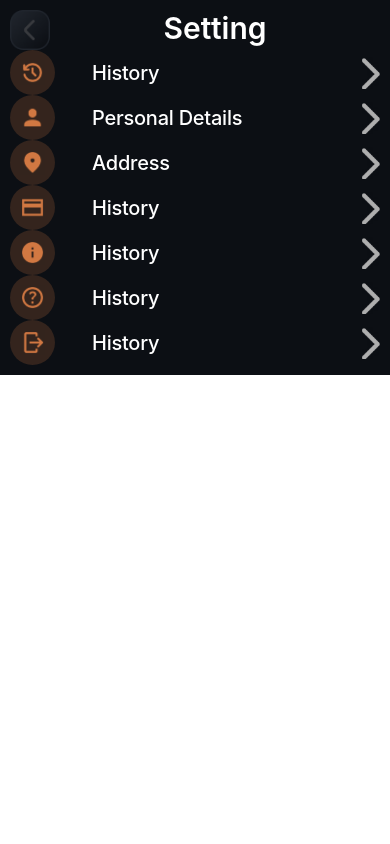
Repository: nguoilaisaochoi/App-coffe
Screen: /
An editor plug-in stored every save of this project. The screen is shown before and after the next save, followed by the edit.
The app was drawn by React Native's web renderer in a window 390 px wide. The project was rebuilt for these pictures with package versions that can differ from the ones it lists, and the page was loaded fresh each time.

Above is the screen before, as saved 2024-01-13 09:05:22.

### App.tsx
import { View, Text } from 'react-native'
import React from 'react'
import Login from './src/Login'
import Register from './src/Register'
import Setting from './src/Setting'
const App = () => {
  return (
    <View>
      <Setting/>
    </View>
  )
}

export default App

### src/Setting.js
import {View, Text, StyleSheet, Image} from 'react-native';
import React from 'react';

const Setting = () => {
  return (
    <View style={mystyle.body}>
      <View style={mystyle.task}>
        <Image
          style={mystyle.arrowleft}
          source={require('../assets/img/arrowleft.png')}
        />
        <Text style={mystyle.textsetting}>Setting</Text>
      </View>

      <View style={mystyle.setting}>
        <View style={mystyle.bgicon}>
          <Image
            style={mystyle.icon}
            source={require('../assets/img/clock.png')}
          />
        </View>
        <Text style={mystyle.text}>History</Text>
        <Image
          style={mystyle.arrowright}
          source={require('../assets/img/Arrow_right.jpg')}
        />
      </View>

      <View style={mystyle.setting}>
        <View style={mystyle.bgicon}>
          <Image
            style={mystyle.icon}
            source={require('../assets/img/mdi_account.png')}
          />
        </View>
        <Text style={mystyle.text}>Personal Details</Text>
        <Image
          style={mystyle.arrowright}
          source={require('../assets/img/Arrow_right.jpg')}
        />
      </View>
      <View style={mystyle.setting}>
        <View style={mystyle.bgicon}>
          <Image
            style={mystyle.icon}
            source={require('../assets/img/material-symbols_location-on.png')}
          />
        </View>
        <Text style={mystyle.text}>Address</Text>
        <Image
          style={mystyle.arrowright}
          source={require('../assets/img/Arrow_right.jpg')}
        />
      </View>
      <View style={mystyle.setting}>
        <View style={mystyle.bgicon}>
          <Image
            style={mystyle.icon}
            source={require('../assets/img/ic_sharp-payment.png')}
          />
        </View>
        <Text style={mystyle.text}>History</Text>
        <Image
          style={mystyle.arrowright}
          source={require('../assets/img/Arrow_right.jpg')}
        />
      </View>

      <View style={mystyle.setting}>
        <View style={mystyle.bgicon}>
          <Image
            style={mystyle.icon}
            source={require('../assets/img/mdi_about.png')}
          />
        </View>
        <Text style={mystyle.text}>History</Text>
        <Image
          style={mystyle.arrowright}
          source={require('../assets/img/Arrow_right.jpg')}
        />
      </View>

      <View style={mystyle.setting}>
        <View style={mystyle.bgicon}>
          <Image
            style={mystyle.icon}
            source={require('../assets/img/material-symbols_help-outline-rounded.png')}
          />
        </View>
        <Text style={mystyle.text}>History</Text>
        <Image
          style={mystyle.arrowright}
          source={require('../assets/img/Arrow_right.jpg')}
        />
      </View>

      <View style={mystyle.setting}>
        <View style={mystyle.bgicon}>
          <Image
            style={mystyle.icon}
            source={require('../assets/img/ic_twotone-log-out.png')}
          />
        </View>
        <Text style={mystyle.text}>History</Text>
        <Image
          style={mystyle.arrowright}
          source={require('../assets/img/Arrow_right.jpg')}
        />
      </View>
    </View>
  );
};

export default Setting;
const mystyle = StyleSheet.create({
  body: {
    width: '100%',
    height: '100%',
    padding: 10,
    backgroundColor: '#0C0F14',
  },
  task: {
    width: '100%',
    display: 'flex',
    flexDirection: 'row',
  },
  arrowleft: {
    width: 40,
    height: 40,
  },
  textsetting: {
    color: 'white',
    marginLeft: 'auto',
    marginRight: 'auto',
    fontSize: 30,
    fontStyle: 'normal',
    fontWeight: '600',
    lineHeight: 36,
  },
  setting: {
    display: 'flex',
    flexDirection: 'row',
    alignItems: 'center',
  },
  text: {
    color: 'white',
    fontSize:20,
    marginLeft: '10%',
    fontWeight: '500',
    letterSpacing: -0.24,
  },
  bgicon: {
    display: 'flex',
    justifyContent: 'center',
    alignItems: 'center',
    width: 45,
    height: 45,
    borderRadius: 50,
    backgroundColor: 'rgba(209, 120, 66, 0.20)',
  },
  icon: {
    width: 25,
    height: 25,
  },
  arrowright: {
    width: 18,
    height: 32,
    marginLeft: 'auto',
  },
});

After the next save:
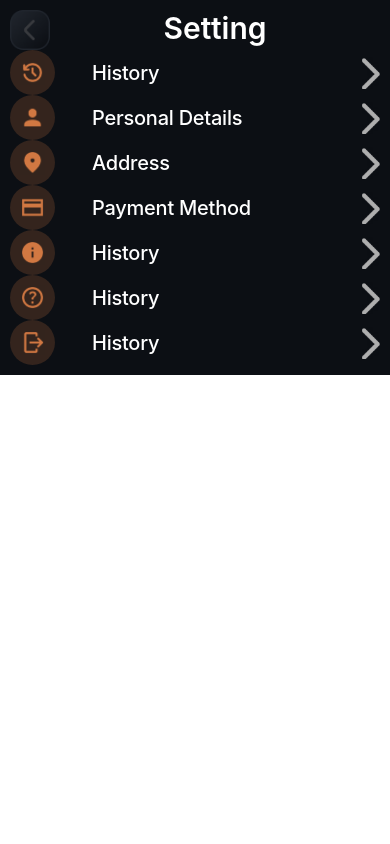
Saved 13 s later.
--- a/src/Setting.js
+++ b/src/Setting.js
@@ -59,7 +59,7 @@ const Setting = () => {
             source={require('../assets/img/ic_sharp-payment.png')}
           />
         </View>
-        <Text style={mystyle.text}>History</Text>
+        <Text style={mystyle.text}>Payment Method</Text>
         <Image
           style={mystyle.arrowright}
           source={require('../assets/img/Arrow_right.jpg')}
